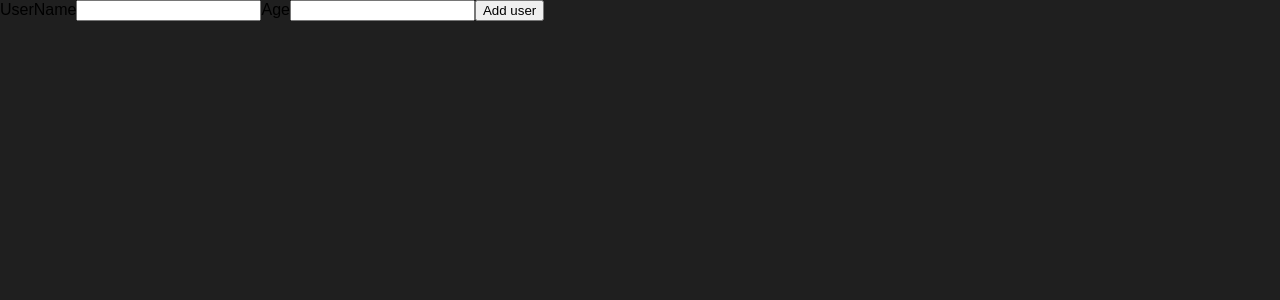
Repository: Wakkaba/08-Demo-proj
Page: /
An editor plug-in stored every save of this project. The page is shown before and after a run of saves, followed by the edit.
The browser window is 1280 px wide. The pictures show the whole page.
The project was rebuilt for these pictures with package versions that can differ from the ones it lists, and the page was loaded fresh each time.

Above is the page before, as saved 2021-10-25 16:10:41.

After the next 2 saves:
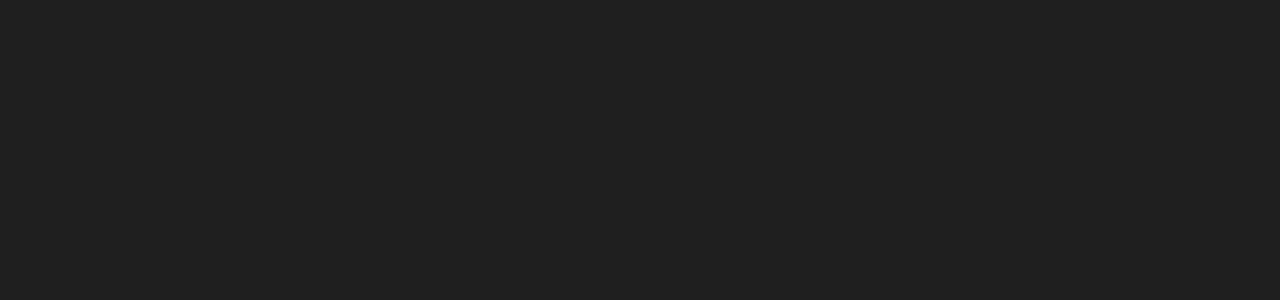
The 2 saves are shown as one change because 1 did not build or start.
The last was saved 20 s later.
--- a/src/components/Users/AddUser.js
+++ b/src/components/Users/AddUser.js
@@ -1,4 +1,5 @@
 import React from "react";
+import {Card} from "../UI/Card"
 
 export const AdUser = (props) => {
   const addUserHandler = (e) => {
@@ -6,12 +7,14 @@ export const AdUser = (props) => {
   };
 
   return (
-    <form onSubmit={addUserHandler}>
-      <label htmlFor="username">UserName</label>
-      <input id="username" type="text" />
-      <label htmlFor="age">Age</label>
-      <input id="age" type="number" />
-      <button type="submit">Add user</button>
-    </form>
+    <Card>
+      <form onSubmit={addUserHandler}>
+        <label htmlFor="username">UserName</label>
+        <input id="username" type="text" />
+        <label htmlFor="age">Age</label>
+        <input id="age" type="number" />
+        <button type="submit">Add user</button>
+      </form>
+    </Card>
   );
 };
--- a/src/components/UI/Card.js
+++ b/src/components/UI/Card.js
@@ -1,5 +1,7 @@
 import React from 'react'
 
 export const Card = (props) => {
-
+    return (
+        <div></div>
+    )
 }

After the save that followed:
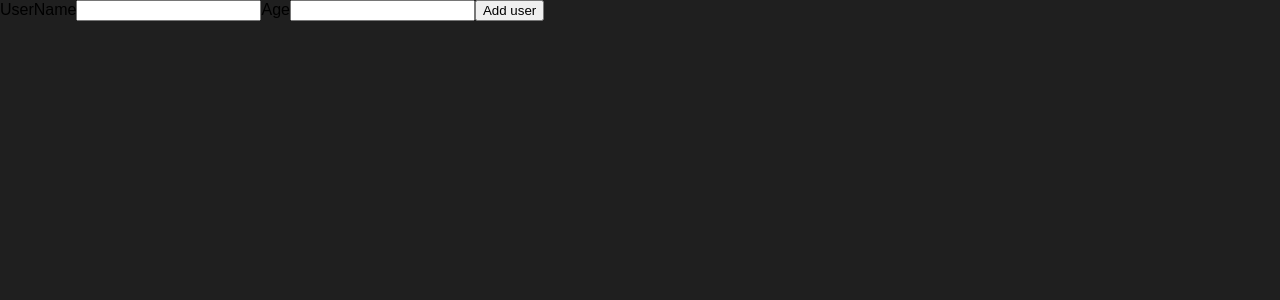
Saved 32 s later.
--- a/src/components/UI/Card.js
+++ b/src/components/UI/Card.js
@@ -2,6 +2,6 @@
 
 export const Card = (props) => {
     return (
-        <div></div>
+        <div>{props.children}</div>
     )
 }
